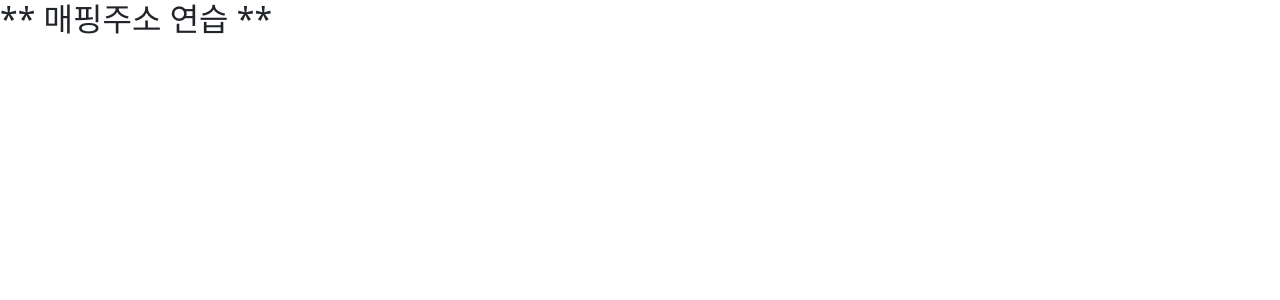
Repository: handongheee/Sist0103Project
Page: http://localhost/SpringMvcQuiz/
An editor plug-in stored every save of this project. The page is shown before and after the next save, followed by the edit.
The browser window is 1280 px wide. The pictures show the whole page.
Some web fonts or font styles are not loaded; a fallback is used. The page is served by Tomcat 9. Other server files are loaded and not shown.

Above is the page before, as saved 2024-05-02 03:19:42.

### sts3work/SpringMvcQuiz/src/main/webapp/index.jsp
<%@ page language="java" contentType="text/html; charset=UTF-8"
    pageEncoding="UTF-8"%>
<%@taglib prefix="c" uri="http://java.sun.com/jsp/jstl/core" %>
<%@taglib prefix="fmt"	uri="http://java.sun.com/jsp/jstl/fmt" %>
<!DOCTYPE html>
<html>
<head>
<meta charset="UTF-8">
<script src="https://code.jquery.com/jquery-3.7.0.js"></script>
<script src="https://cdn.jsdelivr.net/npm/bootstrap@5.3.2/dist/js/bootstrap.bundle.min.js"></script>
<link
href="https://fonts.googleapis.com/css2?family=Dongle&family=Gamja+Flower&family=Gowun+Dodum&family=IBM+Plex+Sans+KR&family=Noto+Sans+KR:wght@100..900&display=swap"
rel="stylesheet">
<link href="https://cdn.jsdelivr.net/npm/bootstrap@5.3.2/dist/css/bootstrap.min.css" rel="stylesheet">
<title>Insert title here</title>
</head>
<body>
	<h2>** 매핑주소 연습 **</h2>
</body>
</html>

After the next save:
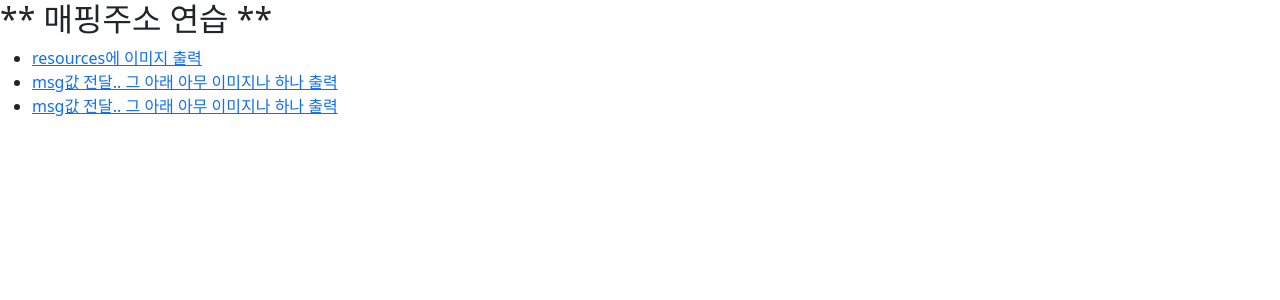
Saved 76 s later.
--- a/sts3work/SpringMvcQuiz/src/main/webapp/index.jsp
+++ b/sts3work/SpringMvcQuiz/src/main/webapp/index.jsp
@@ -16,5 +16,10 @@ rel="stylesheet">
 </head>
 <body>
 	<h2>** 매핑주소 연습 **</h2>
+	<ul>
+		<li><a href="happy">resources에 이미지 출력</a></li>
+		<li><a href="hello">msg값 전달.. 그 아래 아무 이미지나 하나 출력</a></li>
+		<li><a href="hello">msg값 전달.. 그 아래 아무 이미지나 하나 출력</a></li>
+	</ul>
 </body>
 </html>
